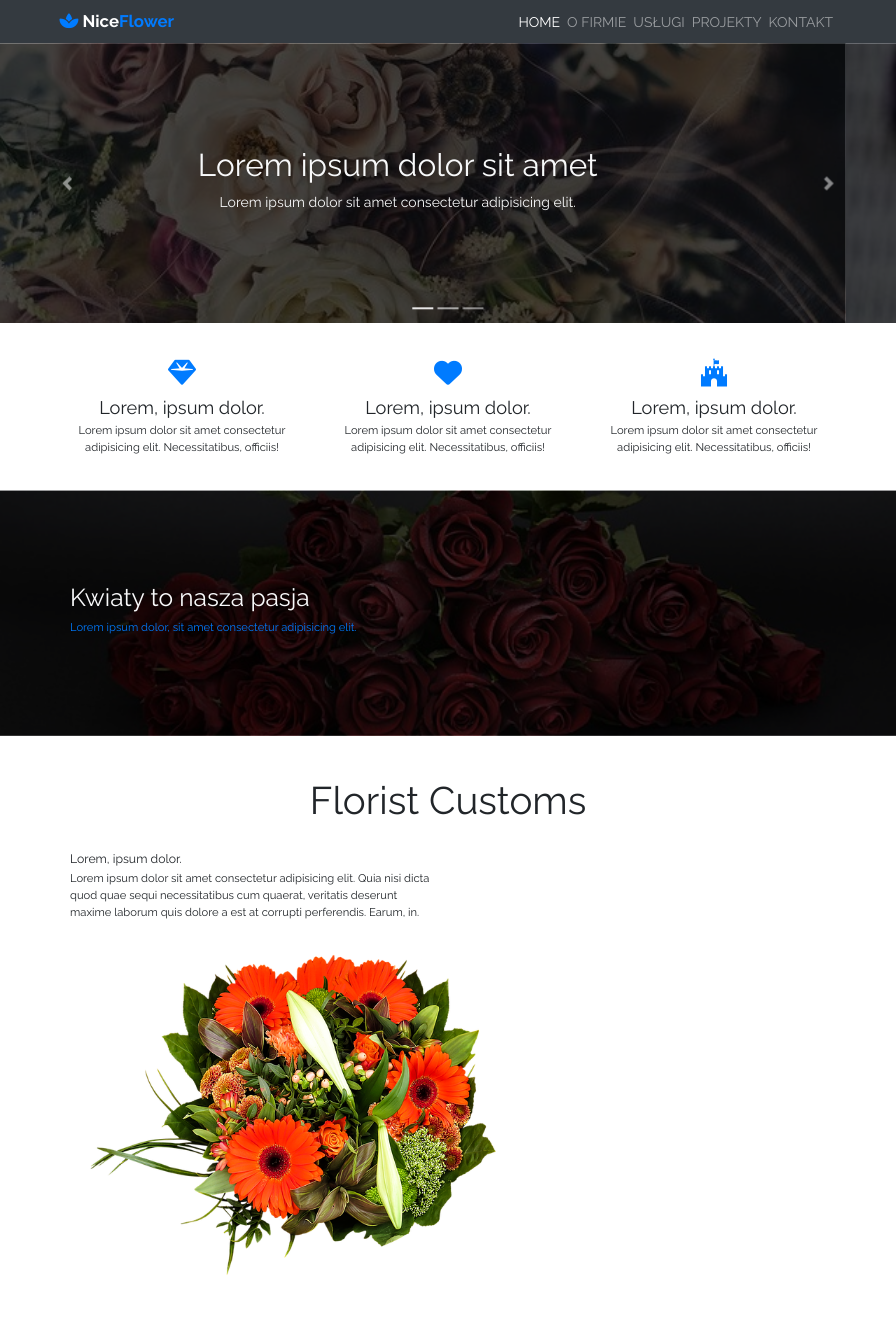
Repository: KrzysKolo/Projekt-13_Kwiaciarnia
Page: index.html
An editor plug-in stored every save of this project. The page is shown before and after the next save, followed by the edit.
The browser window is 1280 px wide. The pictures show the whole page, at 70% of full size.
Some web libraries are served in a nearby version.

Above is the page before, as saved 2020-08-10 01:21:25.

### index.html
<!DOCTYPE html>
<html lang="pl">
  <head>
    <meta charset="UTF-8" />
    <meta name="viewport" content="width=device-width, initial-scale=1.0" />
    <title>Nice-Flower</title>
    <script
      src="https://kit.fontawesome.com/21efeaf281.js"
      crossorigin="anonymous"
    ></script>

    <link
      rel="stylesheet"
      href="https://stackpath.bootstrapcdn.com/bootstrap/4.5.0/css/bootstrap.min.css"
      integrity="sha384-9aIt2nRpC12Uk9gS9baDl411NQApFmC26EwAOH8WgZl5MYYxFfc+NcPb1dKGj7Sk"
      crossorigin="anonymous"
    />
    <link
      href="https://fonts.googleapis.com/css2?family=Raleway:wght@400;700&display=swap"
      rel="stylesheet"
    />
    <link rel="stylesheet" href="style.css" />
  </head>
  <body>
    <nav class="navbar navbar-expand-lg navbar-dark bg-dark py-3">
      <div class="container">
        <a class="navbar-brand" href="#"
          ><i class="fas fa-spa text-primary"></i> Nice<span
            class="text-primary"
            >Flower</span
          ></a
        >
        <button
          class="navbar-toggler border-0"
          type="button"
          data-toggle="collapse"
          data-target="#navbarNavAltMarkup"
          aria-controls="navbarNavAltMarkup"
          aria-expanded="false"
          aria-label="Toggle navigation"
        >
          <i class="fas fa-bars px-4"></i>
        </button>
        <div class="collapse navbar-collapse" id="navbarNavAltMarkup">
          <div class="navbar-nav ml-auto">
            <a class="nav-link active" href="#"
              >Home <span class="sr-only">(current)</span></a
            >
            <a class="nav-link" href="abouteus.html">O firmie</a>
            <a class="nav-link" href="services.html">Usługi</a>
            <a class="nav-link" href="projects.html">Projekty</a>
            <a class="nav-link" href="contact.html">Kontakt</a>
          </div>
        </div>
      </div>
    </nav>

    <!-- HEADER -->
    <header>
      <div
        id="carouselExampleCaptions"
        class="carousel slide"
        data-ride="carousel"
      >
        <ol class="carousel-indicators">
          <li
            data-target="#carouselExampleCaptions"
            data-slide-to="0"
            class="active"
          ></li>
          <li data-target="#carouselExampleCaptions" data-slide-to="1"></li>
          <li data-target="#carouselExampleCaptions" data-slide-to="2"></li>
        </ol>
        <div class="carousel-inner text-dark text-center">
          <div class="carousel-item carousel-img-one active">
            <div
              class="carousel-text h-100 p-5 d-flex flex-column justyfy-content-end justify-content-md-center align-items-center"
            >
              <div class="hero-shadow"></div>
              <p class="display-3 text-light">Lorem ipsum dolor sit amet</p>
              <p class="d-none d-sm-block text-light">
                Lorem ipsum dolor sit amet consectetur adipisicing elit.
              </p>
            </div>
          </div>
          <div class="carousel-item carousel-img-two">
            <div
              class="carousel-text h-100 p-5 d-flex flex-column justyfy-content-end justify-content-md-center align-items-center"
            >
              <div class="hero-shadow"></div>
              <p class="display-3 text-light">Lorem ipsum dolor sit amet</p>
              <p class="d-none d-sm-block text-light">
                Lorem ipsum dolor sit amet consectetur adipisicing elit.
              </p>
            </div>
          </div>
          <div class="carousel-item carousel-img-three">
            <div
              class="carousel-text h-100 p-5 d-flex flex-column justyfy-content-end justify-content-md-center align-items-center"
            >
              <div class="hero-shadow"></div>
              <p class="display-3 text-light">Lorem ipsum dolor sit amet</p>
              <p class="d-none d-sm-block text-light">
                Lorem ipsum dolor sit amet consectetur adipisicing elit.
              </p>
            </div>
          </div>
        </div>
        <a
          class="carousel-control-prev"
          href="#carouselExampleCaptions"
          role="button"
          data-slide="prev"
        >
          <span class="carousel-control-prev-icon" aria-hidden="true"></span>
          <span class="sr-only">Previous</span>
        </a>
        <a
          class="carousel-control-next"
          href="#carouselExampleCaptions"
          role="button"
          data-slide="next"
        >
          <span class="carousel-control-next-icon" aria-hidden="true"></span>
          <span class="sr-only">Next</span>
        </a>
      </div>
    </header>

    <!-- MAIN -->
    <main>
      <section class="home-boxes">
        <div class="container text-center">
          <div class="row">
            <div class="col-md-4 home-box mb-5 mb-md-0">
              <i class="fas fa-gem mb-4 text-primary"></i>
              <h3>Lorem, ipsum dolor.</h3>
              <p class="m-0">
                Lorem ipsum dolor sit amet consectetur adipisicing elit.
                Necessitatibus, officiis!
              </p>
            </div>
            <div class="col-md-4 home-box mb-5 mb-md-0">
              <i class="fas fa-heart mb-4 text-primary"></i>
              <h3>Lorem, ipsum dolor.</h3>
              <p class="m-0">
                Lorem ipsum dolor sit amet consectetur adipisicing elit.
                Necessitatibus, officiis!
              </p>
            </div>
            <div class="col-md-4 home-box mb-5 mb-md-0">
              <i class="fab fa-fort-awesome mb-4 text-primary"></i>
              <h3>Lorem, ipsum dolor.</h3>
              <p class="m-0">
                Lorem ipsum dolor sit amet consectetur adipisicing elit.
                Necessitatibus, officiis!
              </p>
            </div>
          </div>
        </div>
      </section>

      <section class="home-passion">
        <div class="hero-shadow"></div>
        <div class="row m-0 h-100 align-items-center text-light">
          <div class="col">
            <div class="container p-5">
              <p class="display-4">Kwiaty to nasza pasja</p>
              <p class="text-primary">
                Lorem ipsum dolor, sit amet consectetur adipisicing elit.
              </p>
            </div>
          </div>
        </div>
      </section>
      <section class="home-brand py-5">
        <p class="display-2 text-center pt-5 px-3">Florist Customs</p>
        <div class="container py-5">
          <div class="row m-0 align-items-center">
            <div class="col-md-6">
              <h3>Lorem, ipsum dolor.</h3>
              <p>
                Lorem ipsum dolor sit amet consectetur adipisicing elit. Quia
                nisi dicta quod quae sequi necessitatibus cum quaerat, veritatis
                deserunt maxime laborum quis dolore a est at corrupti
                perferendis. Earum, in.
              </p>
              <div class="col-md-6">
                <img src="./img/b9m.png" alt="bukiet" />
              </div>
            </div>
          </div>
        </div>
      </section>
    </main>
    <script
      src="https://code.jquery.com/jquery-3.5.1.slim.min.js"
      integrity="sha384-DfXdz2htPH0lsSSs5nCTpuj/zy4C+OGpamoFVy38MVBnE+IbbVYUew+OrCXaRkfj"
      crossorigin="anonymous"
    ></script>
    <script
      src="https://cdn.jsdelivr.net/npm/popper.js@1.16.0/dist/umd/popper.min.js"
      integrity="sha384-Q6E9RHvbIyZFJoft+2mJbHaEWldlvI9IOYy5n3zV9zzTtmI3UksdQRVvoxMfooAo"
      crossorigin="anonymous"
    ></script>
    <script
      src="https://stackpath.bootstrapcdn.com/bootstrap/4.5.0/js/bootstrap.min.js"
      integrity="sha384-OgVRvuATP1z7JjHLkuOU7Xw704+h835Lr+6QL9UvYjZE3Ipu6Tp75j7Bh/kR0JKI"
      crossorigin="anonymous"
    ></script>
  </body>
</html>

### style.css
* {
  box-sizing: border-box;
  margin: 0;
  padding: 0;
}
html {
  font-size: 62.5%;
}
body {
  font-family: "Raleway", sans-serif;
  font-size: 1.6rem;
}
.hero-shadow {
  position: absolute;
  top: 0;
  width: 100%;
  height: 100%;
  background-color: rgba(0, 0, 0, 0.7);
  z-index: -1;
}
/* ----------- */
/*  nawigacja  */
/* ----------- */
nav {
  font-size: 2rem;
  text-transform: uppercase;
}
.navbar-toggler {
  font-size: 3rem;
}
.navbar-brand {
  font-size: 2.4rem;
  font-weight: bold;
  text-transform: none;
}
/* ----------- */
/*    header   */
/* ----------- */
header {
  font-size: 2rem;
}
.carousel-item {
  position: relative;
  height: 400px;
  background-position: center;
  background-size: cover;
  z-index: 0;
}
.carousel-img-one {
  background-image: url("./img/b1m.jpg");
}
.carousel-img-two {
  background-image: url("./img/b2m.jpg");
}
.carousel-img-three {
  background-image: url("./img/b4m.jpg");
}
/* ----------- */
/*     main    */
/* ----------- */
.home-boxes {
  padding: 5rem 0;
}
.home-box i {
  font-size: 4rem;
}
.home-box h3 {
  font-size: 2.6rem;
}
/* ----------- */
.home-passion {
  position: relative;
  height: 350px;
  background-image: url("./img/b8m.jpg");
  background-position: center;
  background-size: cover;
  z-index: 0;
}

@media (min-width: 1400px) {
  .carousel-item {
    height: 600px;
  }
  .carousel-img-one {
    background-image: url("./img/b1.jpg");
  }
  .carousel-img-two {
    background-image: url("./img/b2.jpg");
  }
  .carousel-img-three {
    background-image: url("./img/b4.jpg");
  }
}

After the next save:
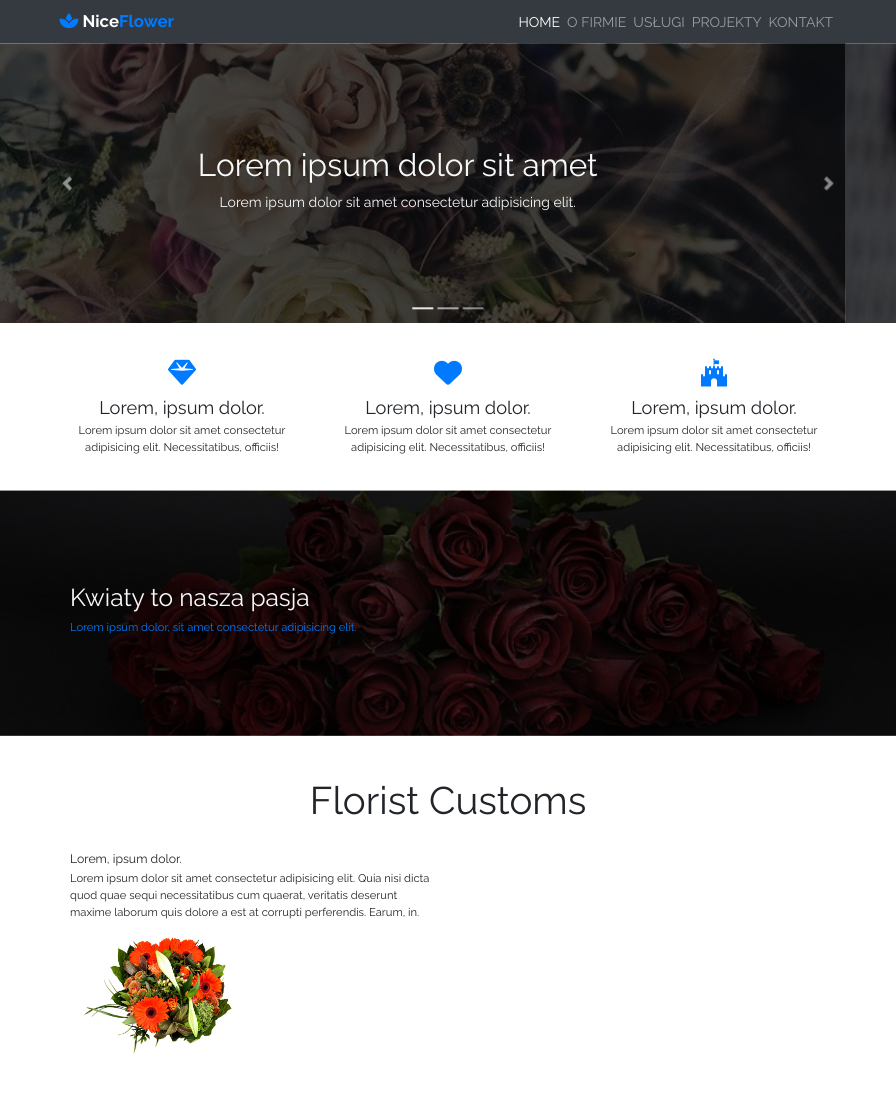
Saved 2 min 8 s later.
--- a/index.html
+++ b/index.html
@@ -186,7 +186,7 @@
                 perferendis. Earum, in.
               </p>
               <div class="col-md-6">
-                <img src="./img/b9m.png" alt="bukiet" />
+                <img src="./img/b9m.png" alt="bukiet" class="img-fluid" />
               </div>
             </div>
           </div>
